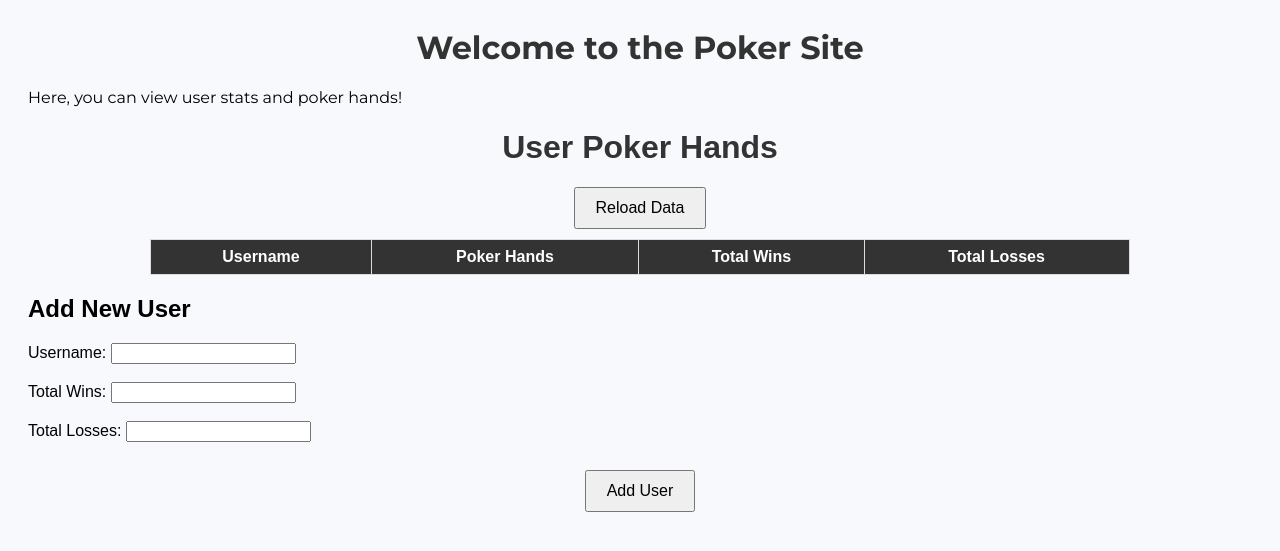
Repository: KidBillionaire/newapp
Page: public/index.html
These files come from the project's save history. The page is drawn as it stood at one moment and after the next save; the edit follows.
The browser window is 1280 px wide. The pictures show the whole page.

Above is the page before, as saved 2024-10-10 16:02:19.

After the next save:
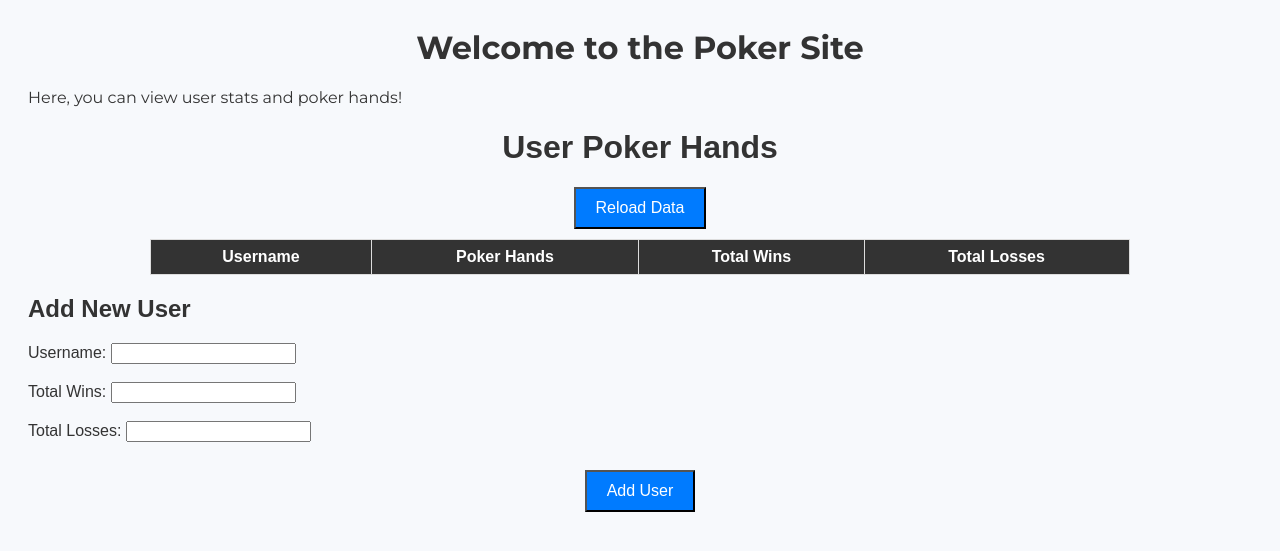
Saved 22 s later.
--- a/public/styles.css
+++ b/public/styles.css
@@ -55,3 +55,18 @@ button:hover {
     justify-content: space-around;
     align-items: center;
   }
+  :root {
+    --primary-color: #333;
+    --secondary-color: #007BFF;
+    --background: #f7f9fc;
+  }
+
+  body {
+    background: var(--background);
+    color: var(--primary-color);
+  }
+
+  button {
+    background-color: var(--secondary-color);
+    color: white;
+  }
